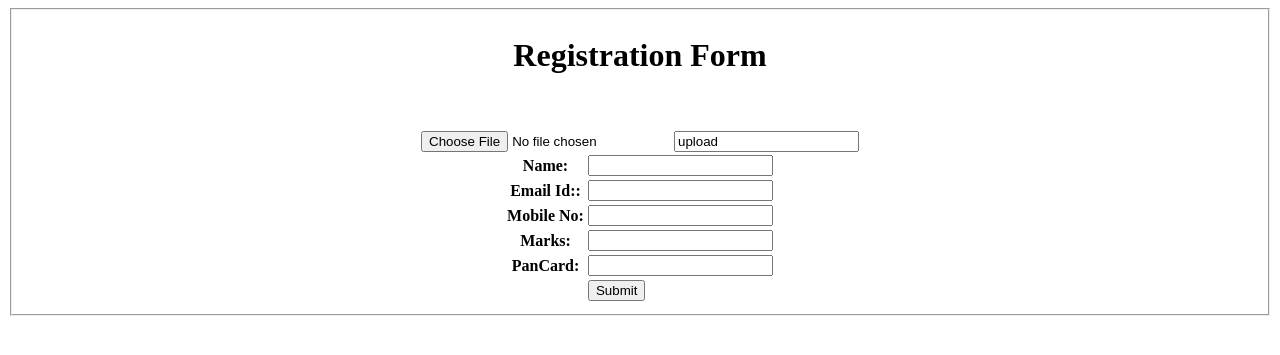
Repository: poojagupta18/Practice-Java
Page: http://localhost/MyOnlineInterviewProcess/RegistrationPortal.jsp
The author's editor kept a copy of each file at every save. The page is drawn from the files as they stood at one save, then again after the next save.
The browser window is 1280 px wide. The pictures show the whole page.
The page is served by Tomcat 9.

Above is the page before, as saved 2019-12-04 11:46:50.

### java Training/java/Online-Interview-Process/MyOnlineInterviewProcess/WebContent/RegistrationPortal.jsp
<%@ page language="java" contentType="text/html; charset=ISO-8859-1"
	pageEncoding="ISO-8859-1"%>
<!DOCTYPE html>
<html>
<head>
<meta charset="ISO-8859-1">
<title>Insert title here</title>
</head>
<body>
	<form action="_______" method="post" enctype="multipart/form-data">
	<fieldset>
	<center>
		<h1>Registration Form</h1>
			<br>
			<br>
		<table>
			<tr>
				<th>Name:</th>
				<td><input type="text" name="studentName"></td>
			</tr>
			<tr>
				<th>Email Id::</th>
				<td><input type="text" name="email"></td>
			</tr>
			<tr>
				<th>Mobile No:</th>
				<td><input type="text" name="mobile"></td>
			</tr>
			<tr>
				<th>Marks:</th>
				<td><input type="text" name="marks"></td>
			</tr>
			<tr>
				<th>PanCard:</th>
				<td><input type="text" name="pancard"></td>
			</tr>
			<tr>
				<th></th>
				 <input type="file" name="file" />
                 <input type="submit1" value="upload"/>
				<td><input type="submit" value="Submit"></td>
			</tr>
		</table>
		</center>
		</fieldset>
	</form>
</body>
</html>

After the next save:
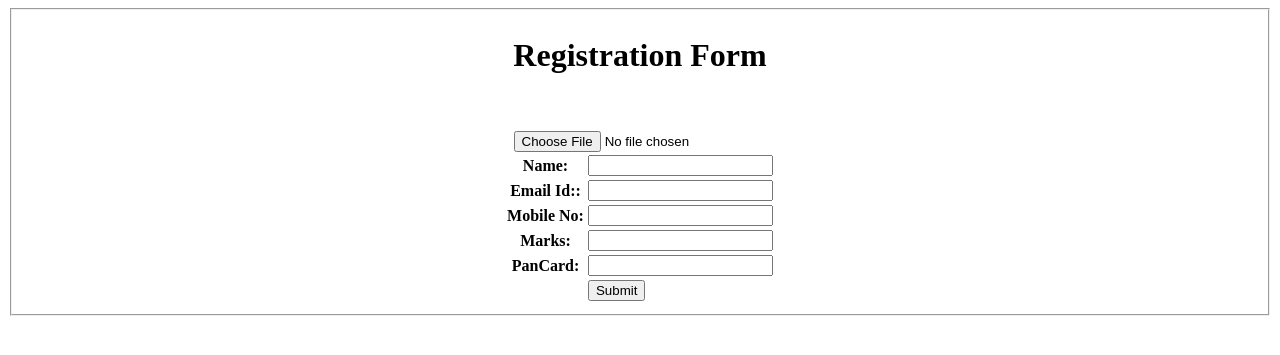
Saved 3 min 11 s later.
--- a/java Training/java/Online-Interview-Process/MyOnlineInterviewProcess/WebContent/RegistrationPortal.jsp
+++ b/java Training/java/Online-Interview-Process/MyOnlineInterviewProcess/WebContent/RegistrationPortal.jsp
@@ -37,7 +37,6 @@
 			<tr>
 				<th></th>
 				 <input type="file" name="file" />
-                 <input type="submit1" value="upload"/>
 				<td><input type="submit" value="Submit"></td>
 			</tr>
 		</table>
